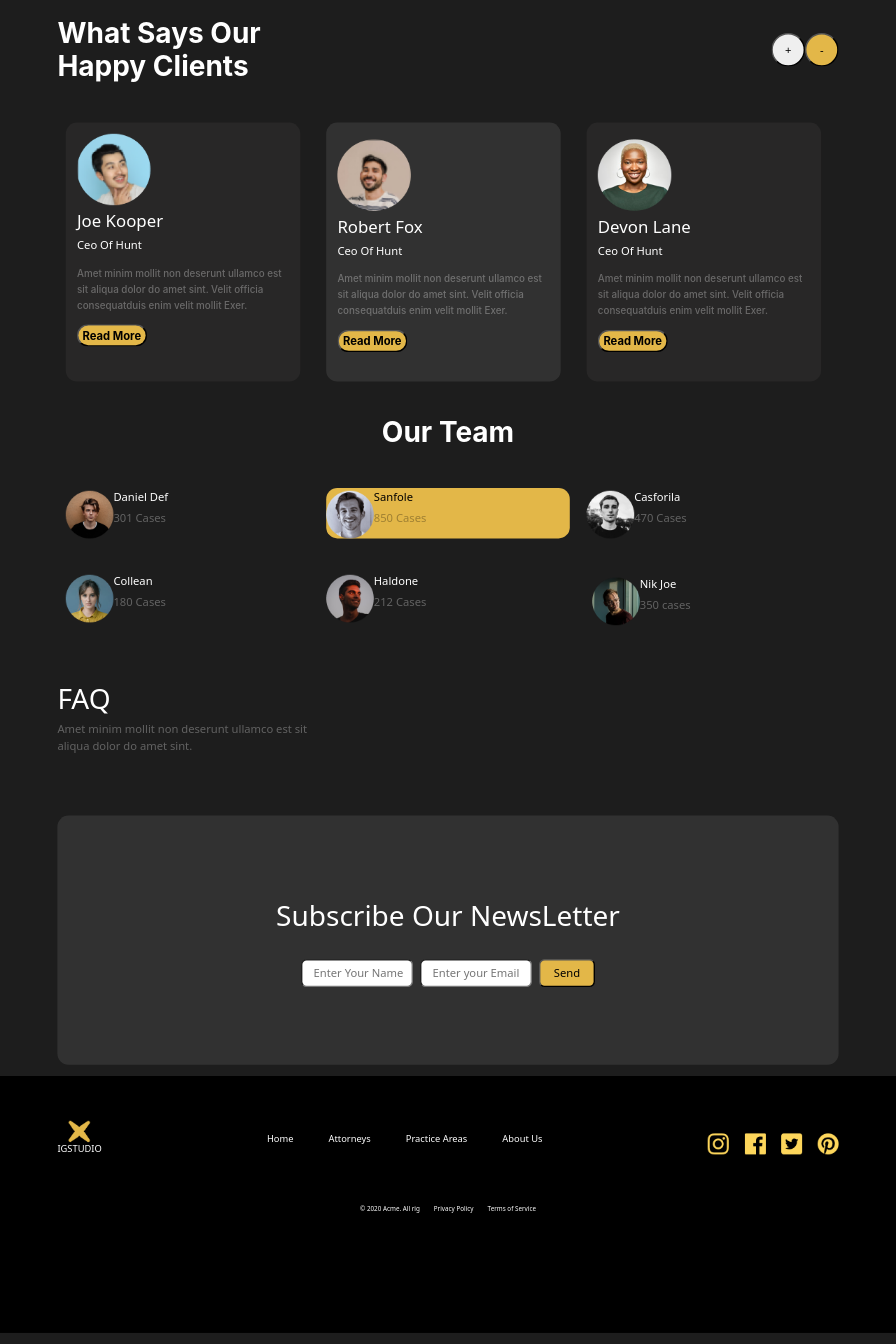
Repository: Senthil-Bala/LawFirm
Page: /
The author's editor kept a copy of each file at every save. The page is drawn from the files as they stood at one save, then again after the next save.
The browser window is 1280 px wide. The pictures show the part of the page from y = 2133 to 4053 px (the page is 4053 px tall), at 70% of full size.
The project was rebuilt for these pictures with package versions that can differ from the ones it lists, and the page was loaded fresh each time. Also part of the build but not shown: src/App.css, src/Components/Frequents/Accordionss.css, src/Components/Frequents/Accordionss.jsx.

Above is the page before, as saved 2023-11-29 19:15:59.

After the next save:
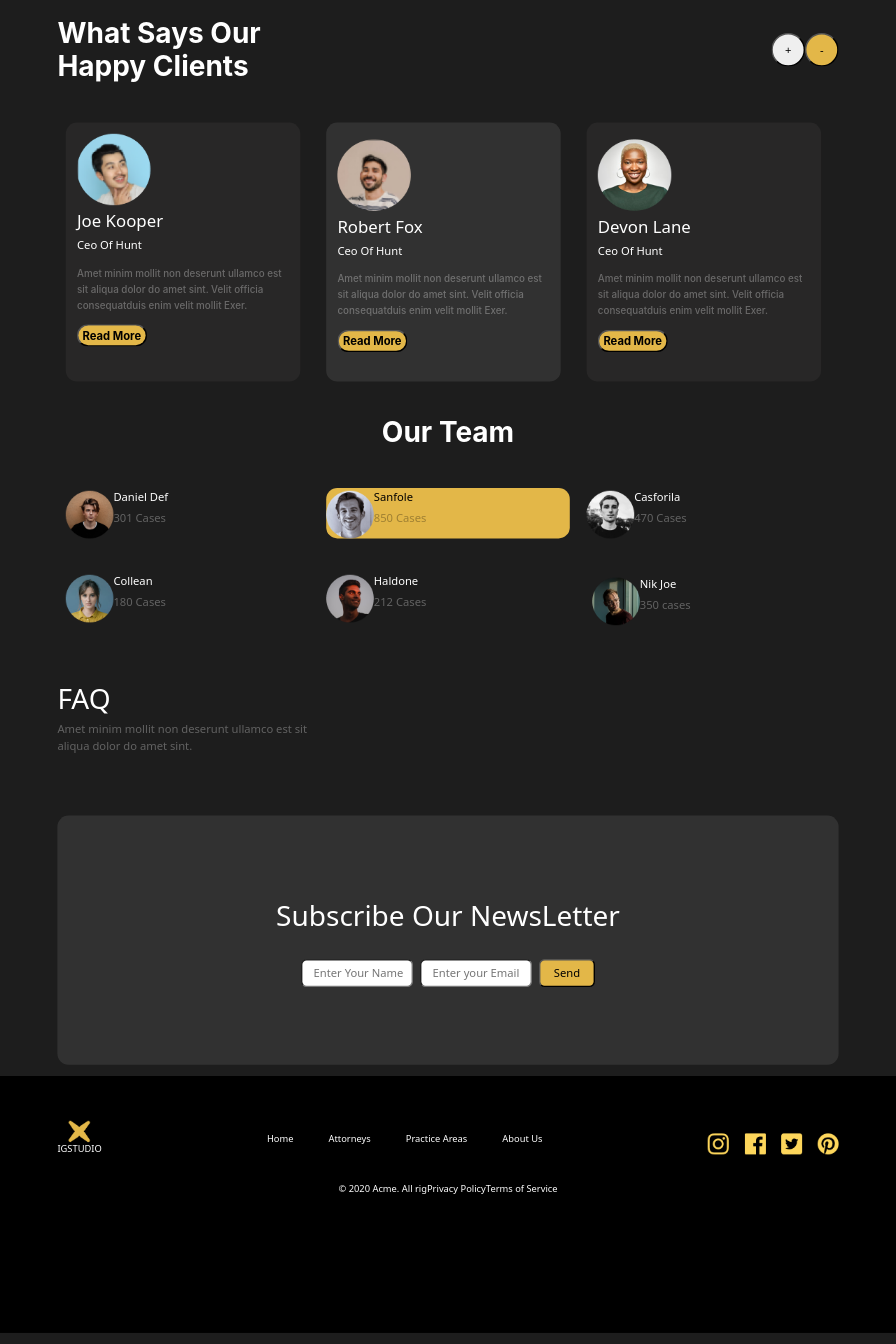
Saved 18 s later.
--- a/src/Components/Footers/Footer.css
+++ b/src/Components/Footers/Footer.css
@@ -26,8 +26,8 @@
     display: flex;
     justify-content: center;
     align-items: center;
-    gap:20px;
+    /* gap:20px;
     margin-top: 2rem;
-    font-size: xx-small;
+    font-size: xx-small; */
 
 }

After the save that followed:
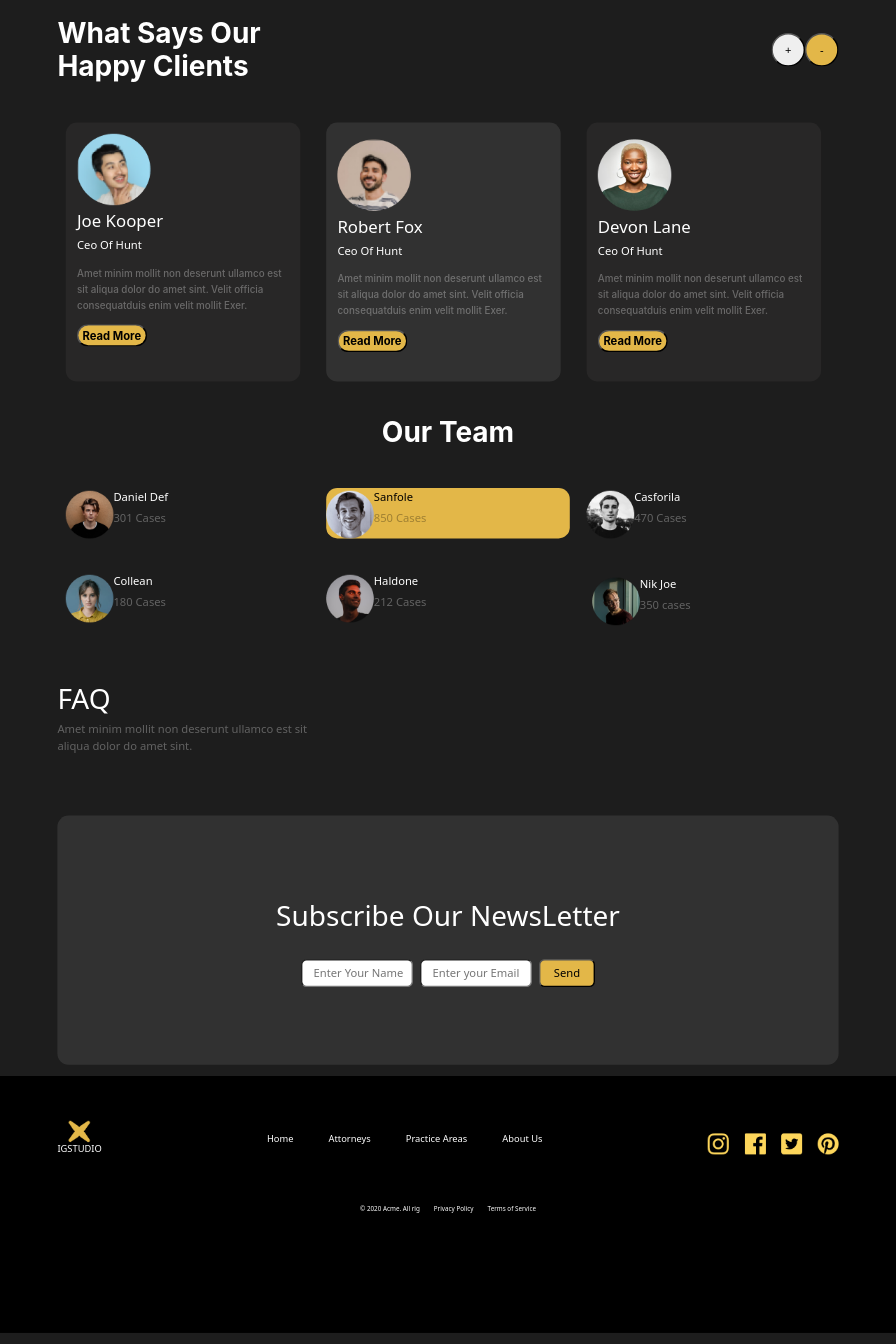
Saved 11 s later.
--- a/src/Components/Footers/Footer.css
+++ b/src/Components/Footers/Footer.css
@@ -26,8 +26,8 @@
     display: flex;
     justify-content: center;
     align-items: center;
-    /* gap:20px;
+    gap:20px;
     margin-top: 2rem;
-    font-size: xx-small; */
+    font-size: xx-small;
 
 }
